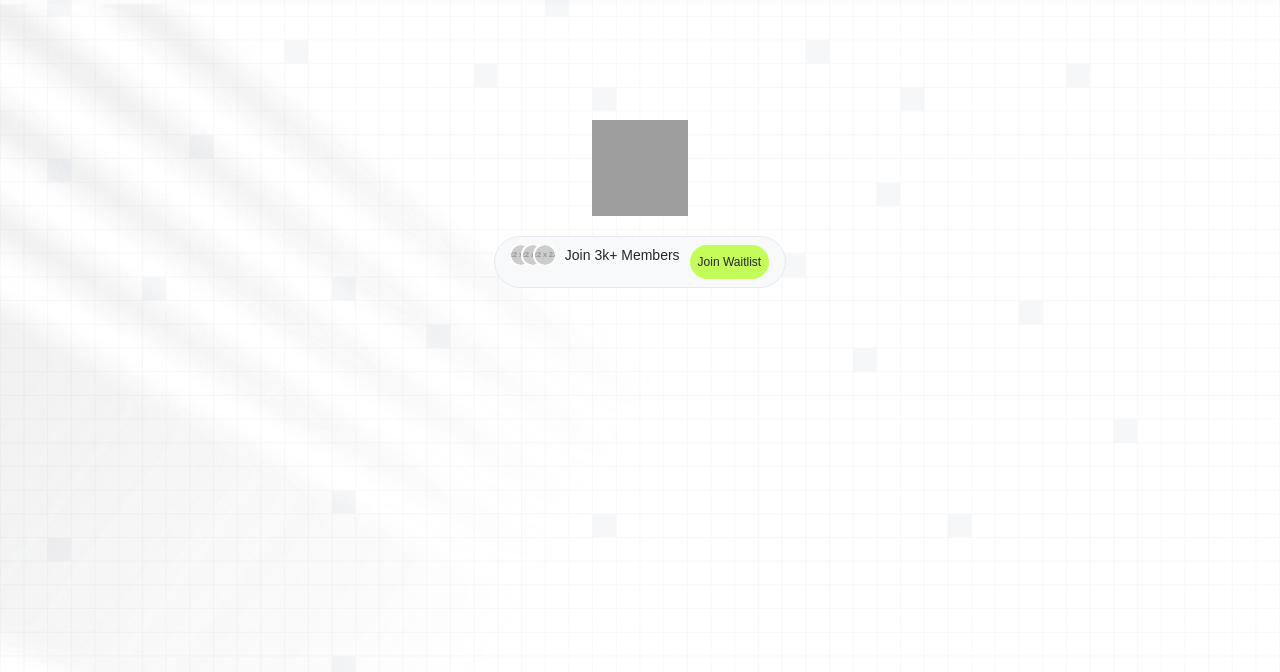
Repository: hfhf85234-code/webtrix_2026
Page: /
These files come from the project's save history. The page is drawn as it stood at one moment and after the next save; the edit follows.
The browser window is 1280 px wide. The pictures show the whole page.
Pictures or frames that could not be fetched are drawn as grey boxes. The project was rebuilt for these pictures with package versions that can differ from the ones it lists, and the page was loaded fresh each time. The framework's server and built-in components were replaced by stand-ins that run in the browser. Also part of the build but not shown: next.config.mjs.

Above is the page before, as saved 2026-03-03 20:45:59.

After the next save:
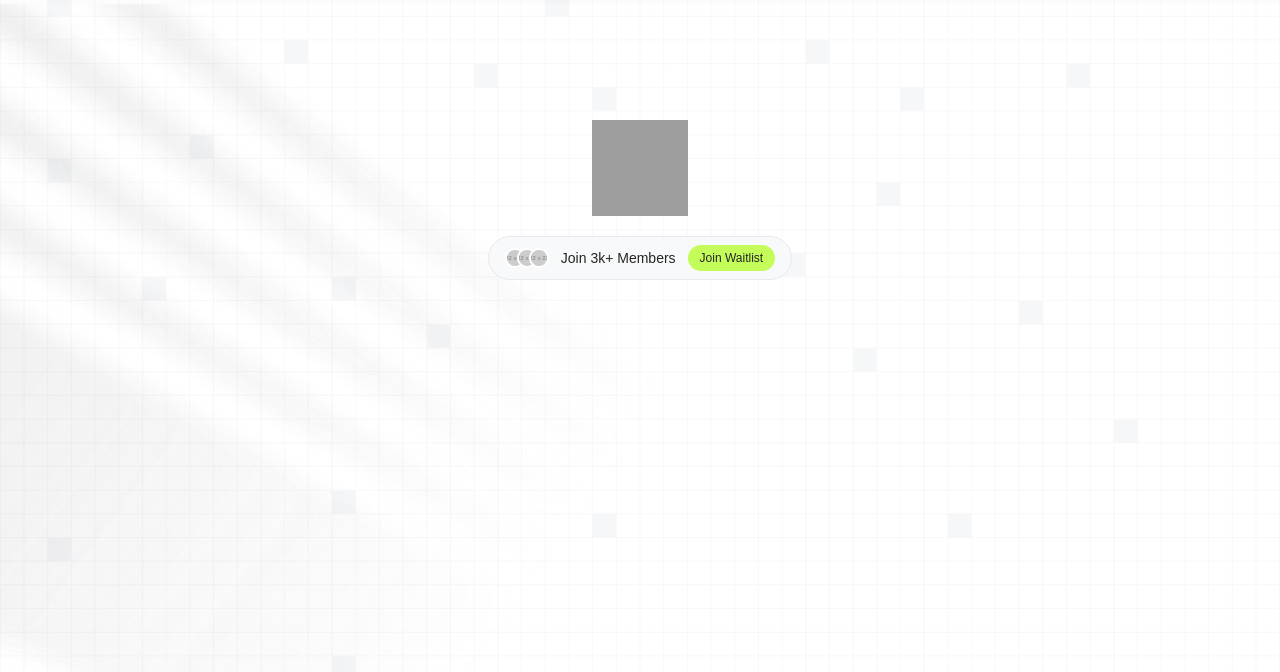
Saved 39 s later.
--- a/src/app/components/head/page.jsx
+++ b/src/app/components/head/page.jsx
@@ -7,7 +7,7 @@
       <div
         className="absolute inset-0 bg-cover bg-center"
         style={{ backgroundImage: "url('/head/screen.svg')" }}
-      ></div>
+      />
 
       {/* Foreground image */}
       <div className="absolute inset-0 flex justify-center items-center">
@@ -27,37 +27,47 @@
           alt="Logo"
           width={120}
           height={120}
-          className="sm:w-24 sm:h-24 w-20 h-20"
+          className="w-20 h-20 sm:w-24 sm:h-24"
         />
 
-        {/* Button-like div */}
+        {/* Button-like container */}
         <div className="bg-[#F8F9FA] py-2 px-4 border border-[#E6E9EE] rounded-full text-center">
-<div className="flex gap-[10px]">
-<div>
-<div className="w-11 h-5 relative overflow-hidden">
-  <div className="w-5 h-5 left-[0.03px] top-0 absolute bg-white/0 rounded-3xl shadow-[0px_0px_0px_2px_rgba(255,255,255,1.00)] overflow-hidden">
-    <img className="w-5 h-5 left-0 top-0 absolute rounded-3xl" src="https://placehold.co/22x22" />
-  </div>
-  <div className="w-5 h-5 left-[12px] top-0 absolute bg-white/0 rounded-3xl shadow-[0px_0px_0px_2px_rgba(255,255,255,1.00)] overflow-hidden">
-    <img className="w-5 h-5 left-0 top-0 absolute rounded-3xl" src="https://placehold.co/22x22" />
-  </div>
-  <div className="w-5 h-5 left-[23.96px] top-0 absolute bg-white/0 rounded-3xl shadow-[0px_0px_0px_2px_rgba(255,255,255,1.00)] overflow-hidden">
-    <img className="w-5 h-5 left-0 top-0 absolute rounded-3xl" src="https://placehold.co/22x22" />
-  </div>
-</div>
-</div>
+          <div className="flex items-center gap-3">
+            {/* Small avatars */}
+            <div className="flex -space-x-2">
+              <div className="w-5 h-5 rounded-full border-2 border-white overflow-hidden">
+                <img
+                  src="https://placehold.co/22x22"
+                  alt="avatar1"
+                  className="w-full h-full object-cover"
+                />
+              </div>
+              <div className="w-5 h-5 rounded-full border-2 border-white overflow-hidden">
+                <img
+                  src="https://placehold.co/22x22"
+                  alt="avatar2"
+                  className="w-full h-full object-cover"
+                />
+              </div>
+              <div className="w-5 h-5 rounded-full border-2 border-white overflow-hidden">
+                <img
+                  src="https://placehold.co/22x22"
+                  alt="avatar3"
+                  className="w-full h-full object-cover"
+                />
+              </div>
+            </div>
 
+            {/* Members text */}
+            <h1 className="text-[#262626] text-[14px] whitespace-nowrap">
+              Join 3k+ Members
+            </h1>
 
-<div>
-    <h1 className="text-[#262626] text-[14px]">Join 3k+ Members</h1>
-</div>
-
-
-<div>
-    <button className="bg-[#c4fc5a] p-2 py-2 text-[#262626] rounded-full text-[12px]">Join Waitlist</button>
-</div>
-
-</div>
+            {/* Join button */}
+            <button className="bg-[#c4fc5a] text-[#262626] text-[12px] px-3 py-1 rounded-full whitespace-nowrap">
+              Join Waitlist
+            </button>
+          </div>
         </div>
       </div>
     </div>
